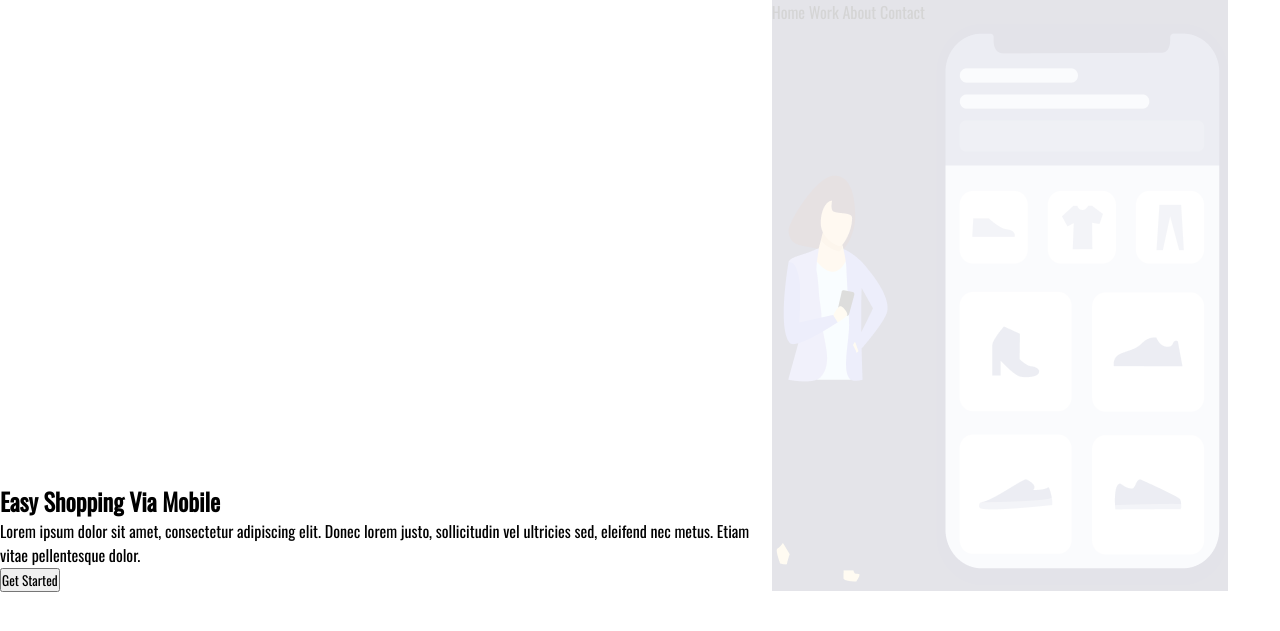
Repository: Leo-Marques-882/Projeto-Git-2
Page: index.html
The author's editor kept a copy of each file at every save. The page is drawn from the files as they stood at one save, then again after the next save.
The browser window is 1280 px wide. The pictures show the whole page.

Above is the page before, as saved 2023-03-06 22:44:44.

### index.html
<!DOCTYPE html>
<html lang="pt_br">

<head>
    <meta charset="UTF-8">
    <meta http-equiv="X-UA-Compatible" content="IE=edge">
    <meta name="viewport" content="width=device-width, initial-scale=1.0">
    <link rel="stylesheet" href="styless.css">
    <link rel="preconnect" href="https://fonts.googleapis.com">
    <link rel="preconnect" href="https://fonts.gstatic.com" crossorigin>
    <link href="https://fonts.googleapis.com/css2?family=Oswald&display=swap" rel="stylesheet">

    <title>Projeto 1</title>
</head>

<body>
    <div class="wrapper">
        <section class="container-left">
            <h1>Easy Shopping Via Mobile</h1>
            <p>Lorem ipsum dolor sit amet, consectetur adipiscing
                elit. Donec lorem justo, sollicitudin vel ultricies sed,
                eleifend nec metus. Etiam vitae pellentesque dolor. </p>
            <button>Get Started</button>
        </section>
        <section class="container-right">
            <header>
                <a>Home</a>
                <a>Work</a>
                <a>About</a>
                <a>Contact</a>
            </header>
            <img src="./img/Illustration.png" alt="girl-cellphone">
        </section>
    </div>
</body>

</html>

### styless.css
* {
    margin: 0;
    padding: 0;
    box-sizing: border-box;
    font-family: 'Oswald', sans-serif;
}

.wapper {
    height: 100vh;
    ;
    width: 100vw;
}

.container-left {
    display: inline-block;
    width: 60%;
}

.container-right {
    display: inline-block;
    background: #5D5D7D;
    opacity: 0.16;
}

After the next save:
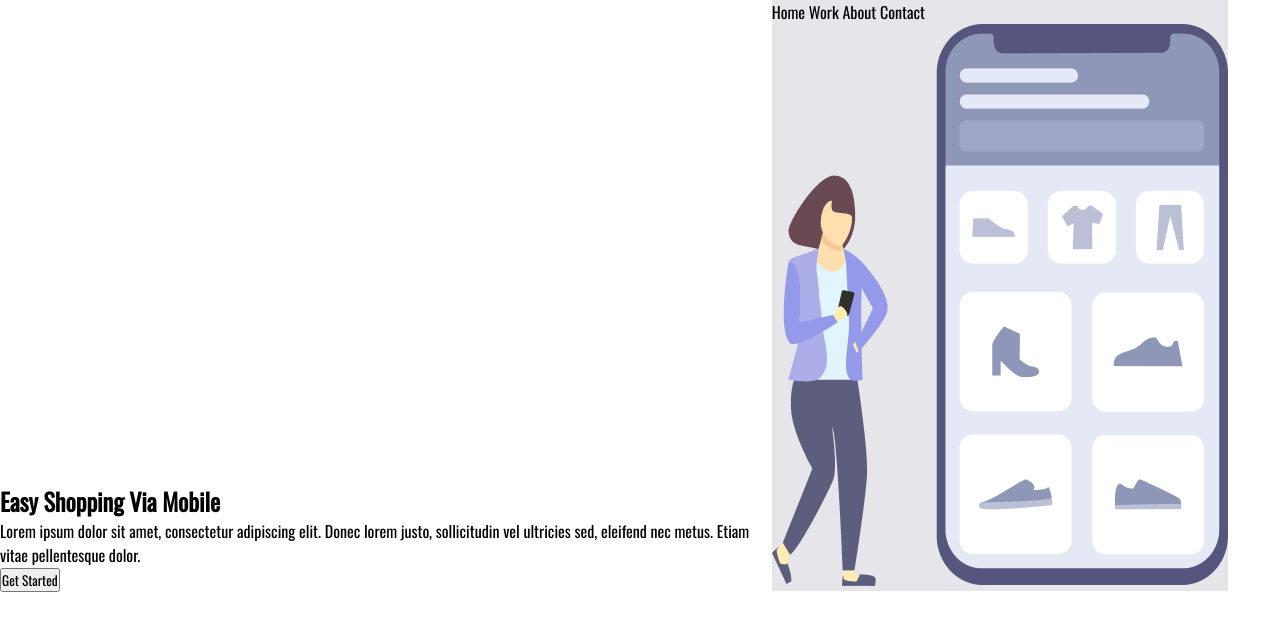
Saved 5 min 54 s later.
--- a/styless.css
+++ b/styless.css
@@ -18,6 +18,5 @@
 
 .container-right {
     display: inline-block;
-    background: #5D5D7D;
-    opacity: 0.16;
+    background-color: rgba(93, 93, 125, 0.16)
 }
